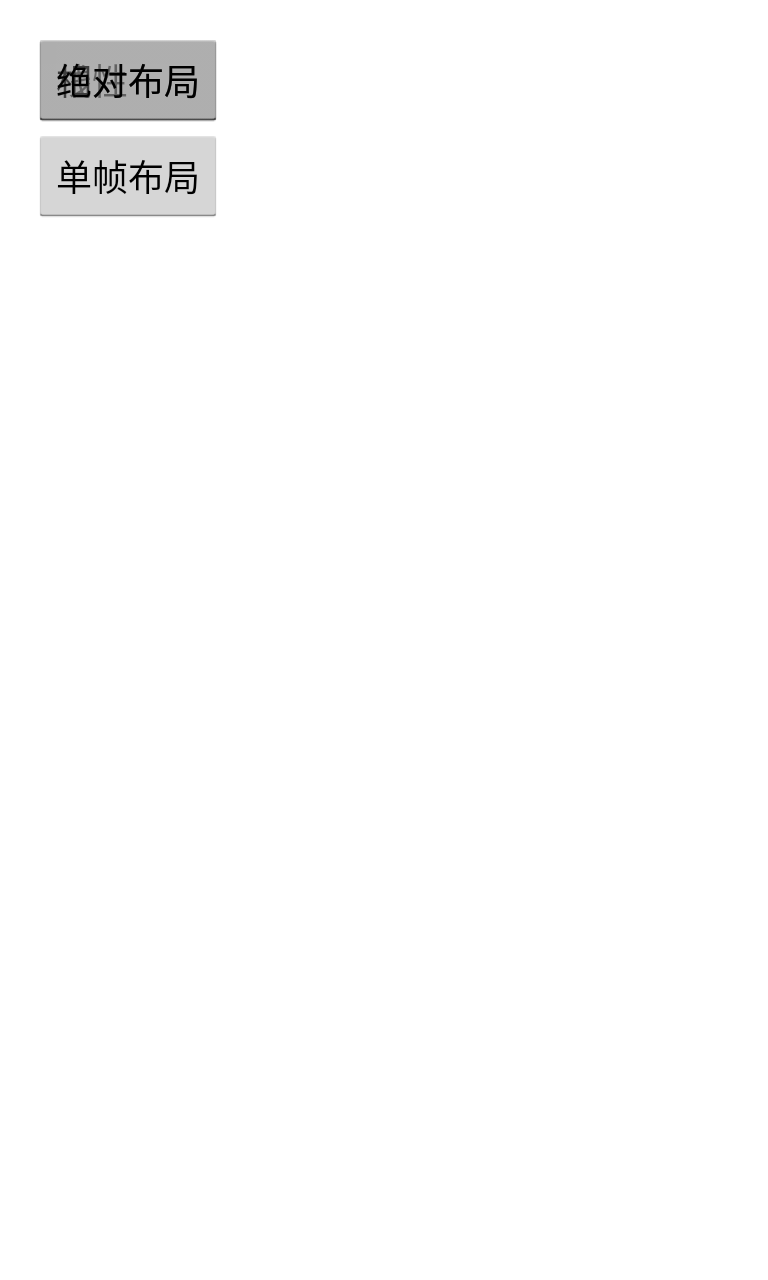
Repository: treizeor/android-examples
Layout: Ch003Layouts/res/layout/relativelayout_main.xml
These files come from the project's save history. The layout is drawn as it stood at one moment and after the next save; the edit follows.
It is drawn on a 768 x 1280 px phone screen (xhdpi) without system bars, with theme AppTheme; the app's code is not run.

Above is the layout before, as saved 2014-06-02 03:00:16.

### Ch003Layouts/res/layout/relativelayout_main.xml
<RelativeLayout xmlns:android="http://schemas.android.com/apk/res/android"
    xmlns:tools="http://schemas.android.com/tools"
    android:layout_width="match_parent"
    android:layout_height="match_parent"
    android:paddingBottom="@dimen/activity_vertical_margin"
    android:paddingLeft="@dimen/activity_horizontal_margin"
    android:paddingRight="@dimen/activity_horizontal_margin"
    android:paddingTop="@dimen/activity_vertical_margin"
    tools:context="com.example.ch003layouts.MainActivity$PlaceholderFragment" >

    <Button
        android:id="@+id/linear"
        android:layout_width="wrap_content"
        android:layout_height="wrap_content"
        android:text="@string/linear" />

    <Button
        android:id="@+id/frame"
        android:layout_width="wrap_content"
        android:layout_height="wrap_content"
        android:layout_below="@id/linear"
        android:text="@string/frame" />

    <Button
        android:id="@+id/relative"
        android:layout_width="wrap_content"
        android:layout_height="wrap_content"
        android:text="@string/relative" />

    <Button
        android:id="@+id/abs"
        android:layout_width="wrap_content"
        android:layout_height="wrap_content"
        android:text="@string/abs" />
</RelativeLayout>

### Ch003Layouts/res/values/strings.xml
<?xml version="1.0" encoding="utf-8"?>
<resources>

    <string name="app_name">Ch003Layouts</string>
    <string name="hello_world">Hello world!</string>
    <string name="action_settings">Settings</string>
    <string name="linear">线性布局</string>
    <string name="frame">单帧布局</string>
    <string name="relative">相对布局</string>
    <string name="abs">绝对布局</string>

</resources>

Loaded but not shown: Ch003Layouts/res/values/styles.xml (common file); Ch003Layouts/res/values-v11/styles.xml (common file); Ch003Layouts/res/values-v14/styles.xml (common file); Ch003Layouts/res/values/dimens.xml (common file); Ch003Layouts/res/values-w820dp/dimens.xml (common file)

After the next save:
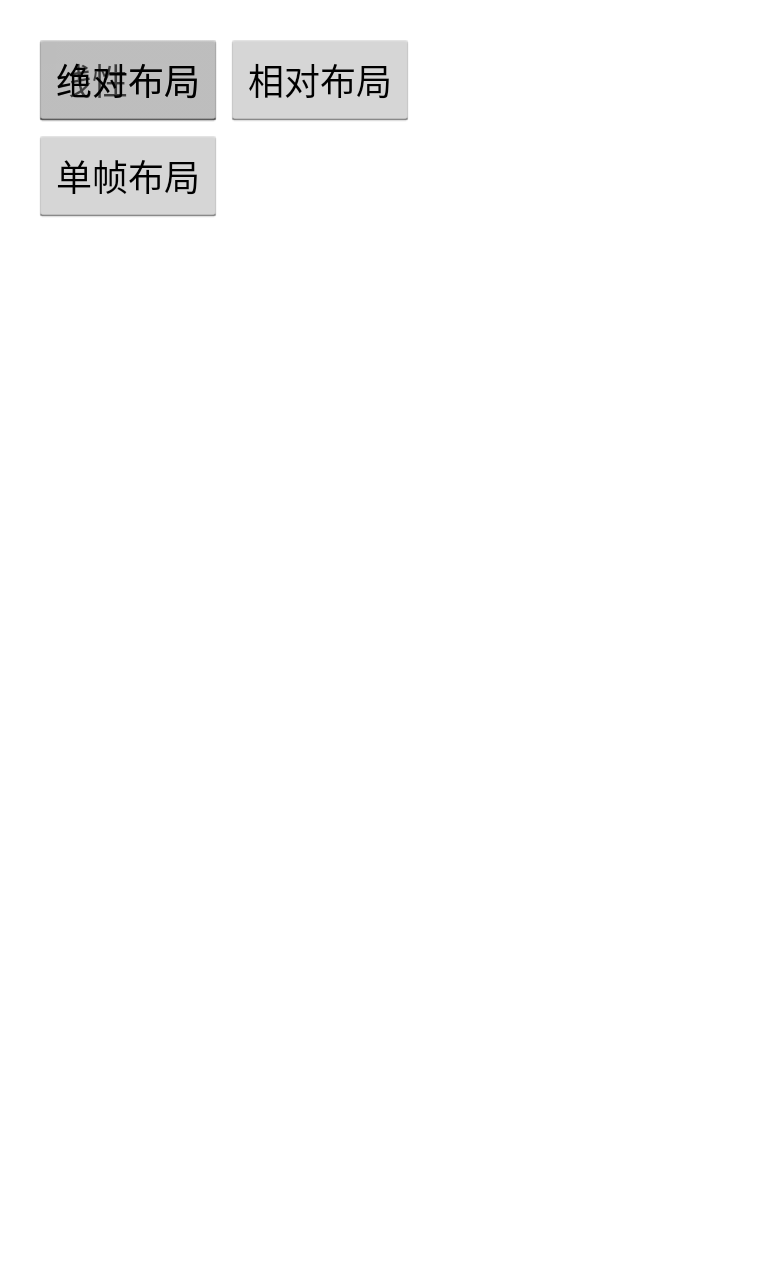
Saved 45 s later.
--- a/Ch003Layouts/res/layout/relativelayout_main.xml
+++ b/Ch003Layouts/res/layout/relativelayout_main.xml
@@ -25,6 +25,7 @@
         android:id="@+id/relative"
         android:layout_width="wrap_content"
         android:layout_height="wrap_content"
+        android:layout_toRightOf="@id/linear"
         android:text="@string/relative" />
 
     <Button
